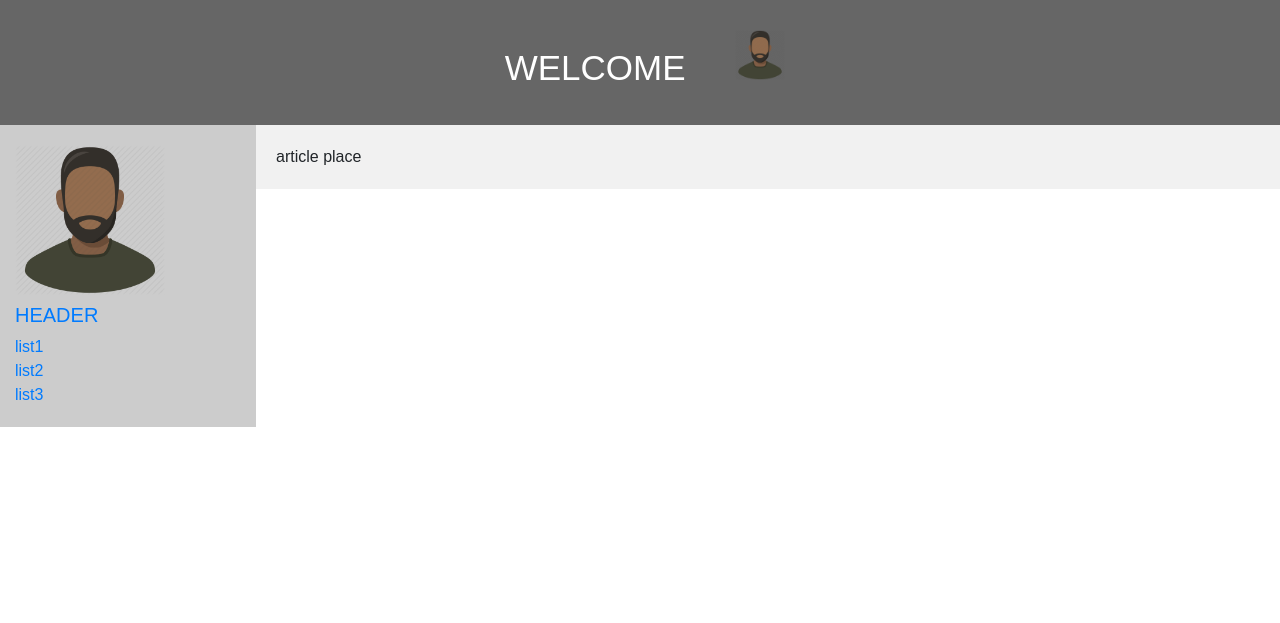
Repository: idrice24/IDRICE24-DASHBOARD
Page: html/header.html
An editor plug-in stored every save of this project. The page is shown before and after the next save, followed by the edit.
The browser window is 1280 px wide. The pictures show the whole page.

Above is the page before, as saved 2020-09-03 23:51:04.

After the next save:
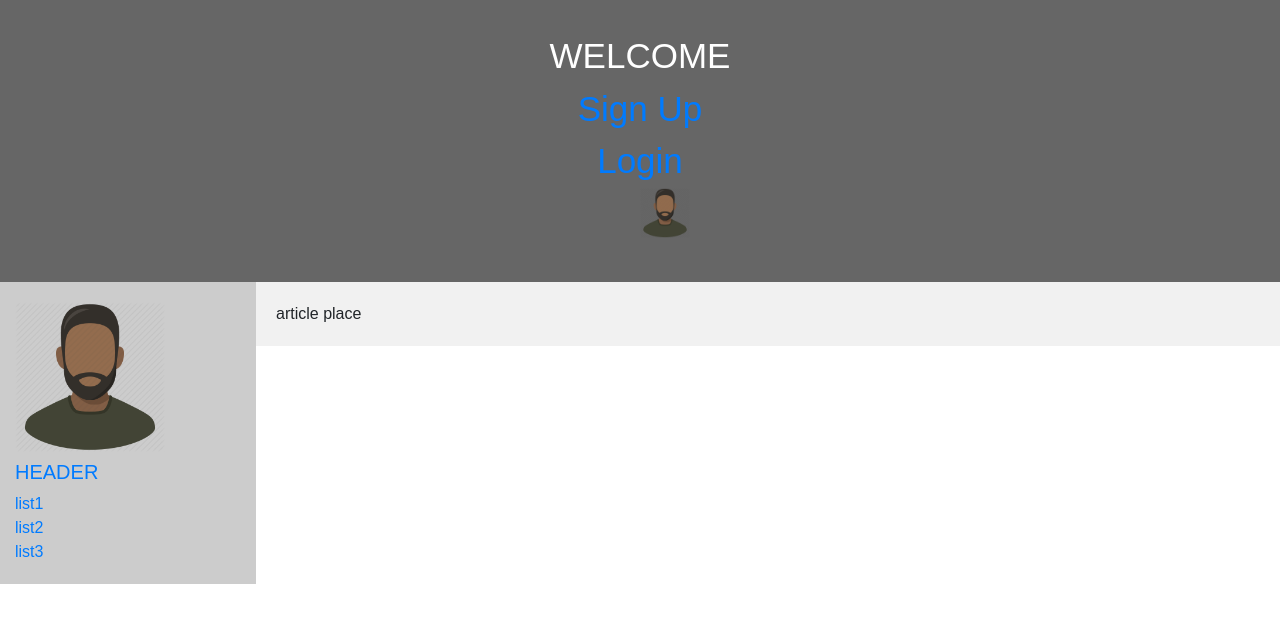
Saved 3 min 4 s later.
--- a/html/header.html
+++ b/html/header.html
@@ -13,6 +13,10 @@
 
 <body>
     <header>WELCOME
+        <ul class="nav navbar-nav navbar-right">
+            <li><a href="#"><span class="glyphicon glyphicon-user"></span> Sign Up</a></li>
+            <li><a href="#"><span class="glyphicon glyphicon-log-in"></span> Login</a></li>
+        </ul>
         <div style="display:inline-block">
             <div class="col-md-4" style="display:inline-block">
                 <a href="../imgs/login2.PNG" class="thumbnail" style="display:inline-block">
